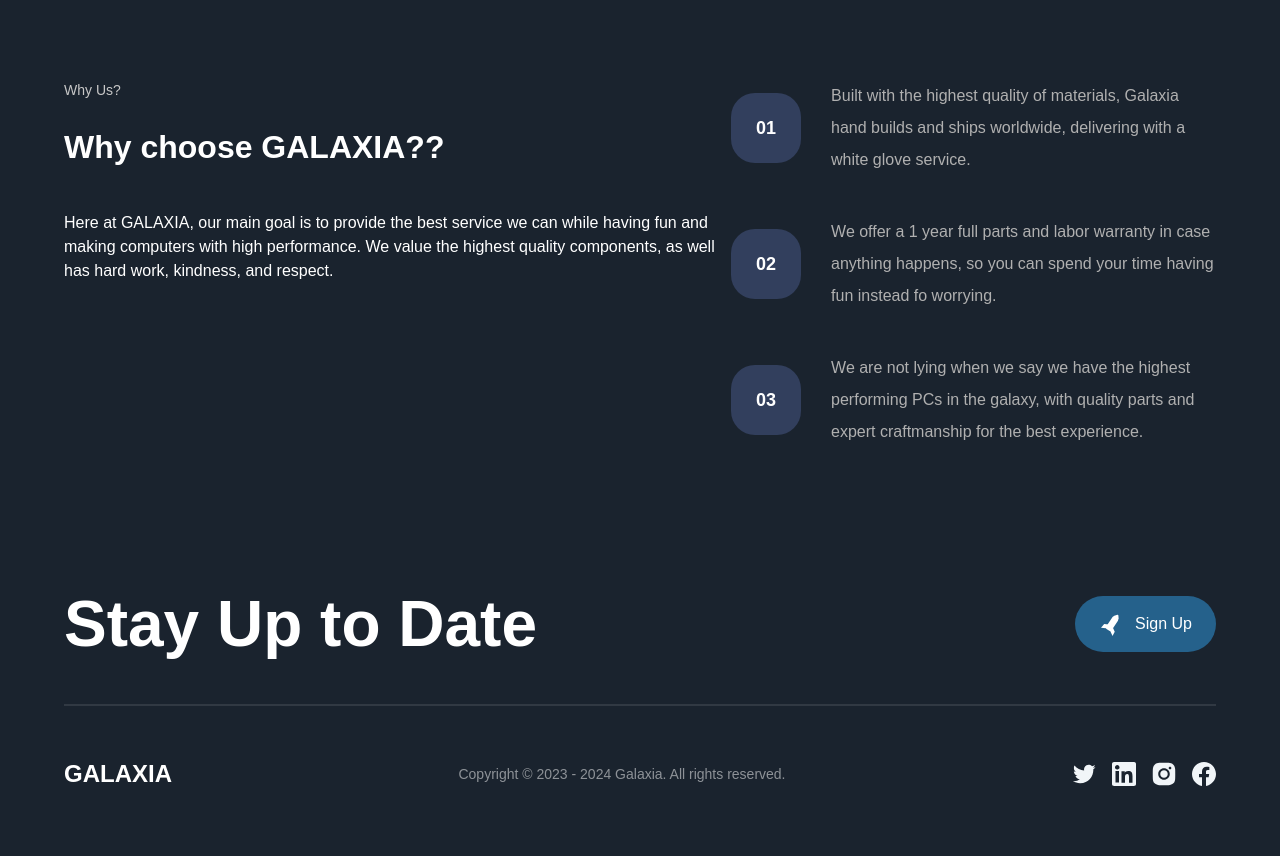
Repository: kaitlynlie/galaxia_pcs
Page: /
An editor plug-in stored every save of this project. The page is shown before and after the next save, followed by the edit.
The browser window is 1280 px wide. The pictures show the part of the page from y = 2754 to 3610 px (the page is 3610 px tall).
Some web fonts or font styles are not loaded; a fallback is used. The project was rebuilt for these pictures with package versions that can differ from the ones it lists, and the page was loaded fresh each time. Also part of the build but not shown: vite.config.js, components/PCcard.jsx, sections/Neptune.jsx, sections/Jupiter.jsx, sections/People.jsx, src/assets/index.js, sections/Video.jsx, sections/Program.jsx and 4 more. Imported but missing from the stored project, and not drawn on this page: src/assets/video.mp4.

Above is the page before, as saved 2023-08-09 19:31:05.

After the next save:
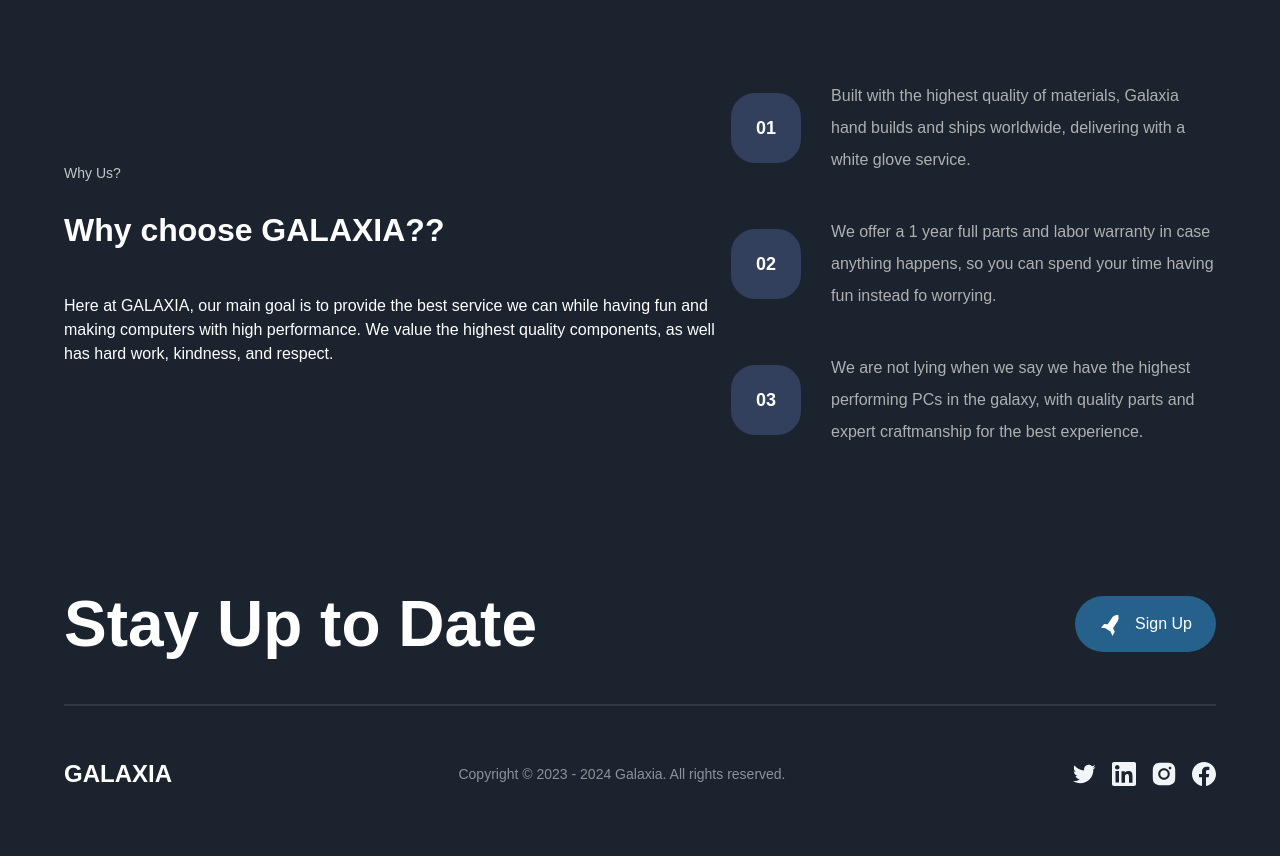
Saved 15 s later.
--- a/sections/WhyUs.jsx
+++ b/sections/WhyUs.jsx
@@ -15,7 +15,7 @@
         />
 
         <div
-          className="flex justify-between items-centers">
+          className="flex justify-between items-center">
             <div className="flex flex-col">
               <TypingText title="Why Us?" />
               <TitleText title={<>Why choose GALAXIA??</>} />

After the save that followed:
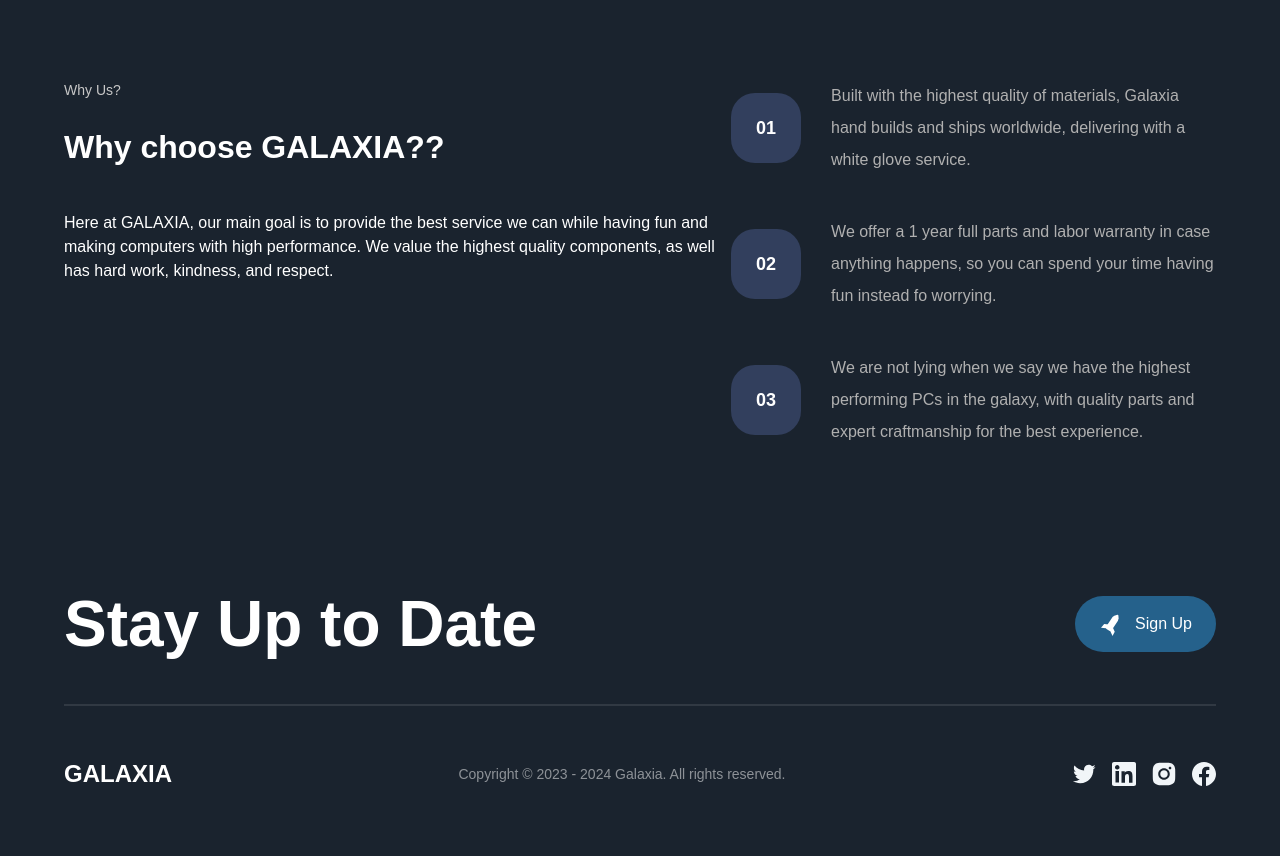
Saved 4 s later.
--- a/sections/WhyUs.jsx
+++ b/sections/WhyUs.jsx
@@ -15,7 +15,7 @@
         />
 
         <div
-          className="flex justify-between items-center">
+          className="flex justify-between">
             <div className="flex flex-col">
               <TypingText title="Why Us?" />
               <TitleText title={<>Why choose GALAXIA??</>} />
